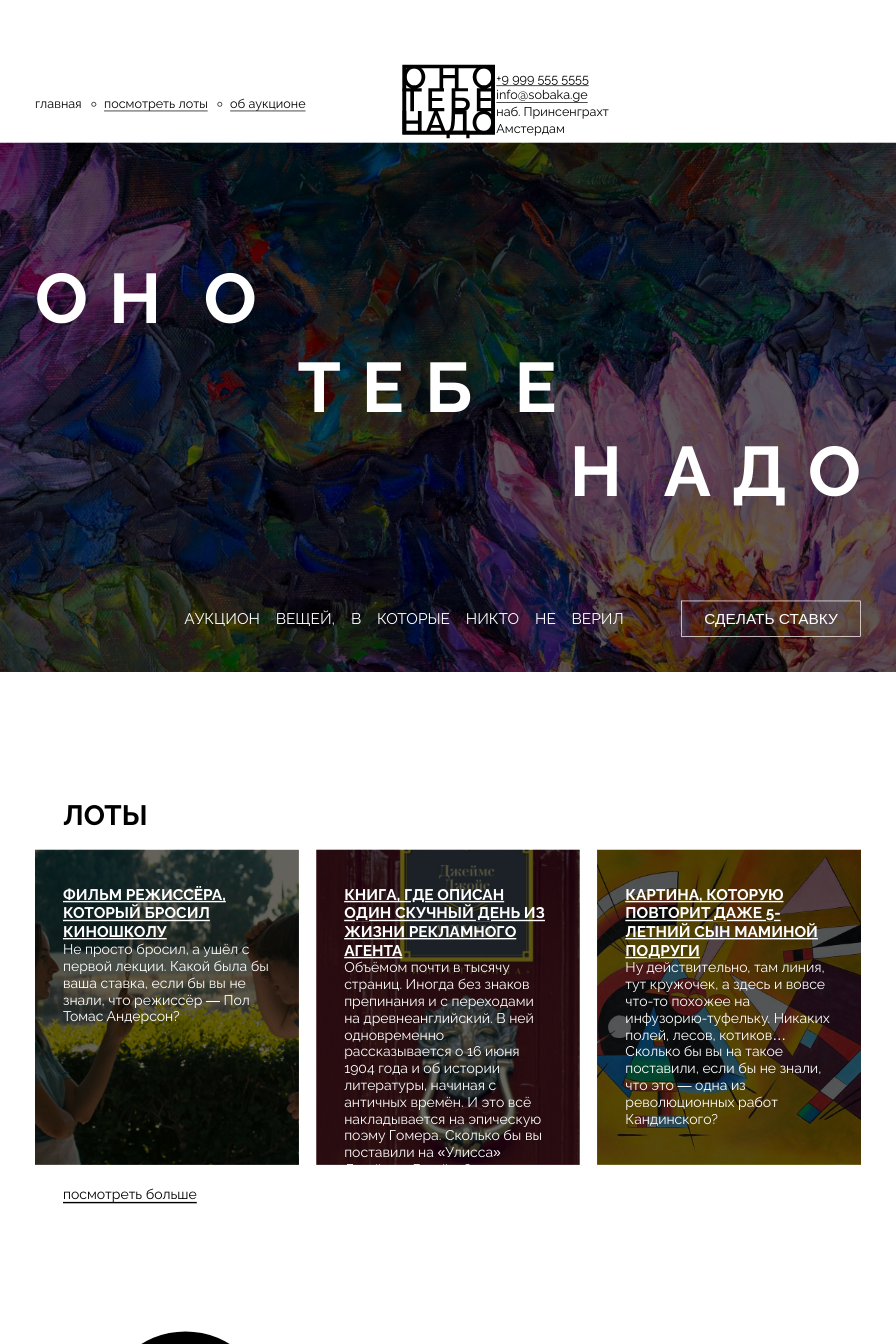
Repository: Hadoooouken/ono-tebe-nado
Page: index.html
The author's editor kept a copy of each file at every save. The page is drawn from the files as they stood at one save, then again after a run of saves.
The browser window is 1280 px wide. The pictures show the part of the page from y = 0 to 1920 px (the page is 2687 px tall before and 2695 px after), at 70% of full size.

Above is the page before, as saved 2023-11-28 22:43:00.

### index.html
<!DOCTYPE html>
<html lang="ru">
  <head>
    <meta charset="UTF-8" />
    <meta http-equiv="X-UA-Compatible" content="IE=edge" />
    <meta name="viewport" content="width=device-width, initial-scale=1.0" />
    <link rel="stylesheet" href="./fonts/fonts.css" />
    <link rel="stylesheet" href="./styles/global.css" />
    <link rel="stylesheet" href="./styles/style.css" />
    <title>Оно тебе надо — аукцион вещей, в которые никто не верил</title>
  </head>
  <body>
    <header class="header section">
      <nav class="header__menu">
        <ul>
          <li class="header__links-list-item_no-bullit">
            <a href="#">главная</a>
          </li>
          <li><a href="#">посмотреть лоты</a></li>
          <li><a href="#">об аукционе</a></li>
        </ul>
      </nav>

      <div class="header__logo">
        <a href="#"><img src="./images/logo-black.svg" alt="Логотип" /></a>
      </div>

      <div class="address">
        <div><a href="tel:+99995555555">+9 999 555 5555</a></div>
        <div><a href="mailto:info@sobaka.ge">info@sobaka.ge</a></div>
        <p>наб. Принсенграхт <br>Амстердам</p>
      </div>
    </header>

    <main>
      <section class="cover">
        <div class="overlay"></div>
        <h1 class="cover__title">
          <span class="align_left">он<span>о</span></span>
          <span class="align_center">теб<span>е</span></span>
          <span class="align_right"><span>н</span>адо</span>
        </h1>
        <div class="cover__description">
          <p class="divcover__description-text">
            Аукцион вещей, в которые никто не верил
          </p>
          <button type="button" class="bet-button">сделать ставку</button>
        </div>
      </section>

      <section class="lots section">
        <h2 class="lots__heading">лоты</h2>
        <ul class="lots__card-list">
          <li class="lots__card-list-item card_type_film">
            <div class="overlay"></div>
            <a class="card-link" href="#">
              <article class="card">
                <h3 class="card__title">
                  Фильм режиссёра, который бросил киношколу
                </h3>
                <p class="card__text">
                  Не просто бросил, а ушёл с первой лекции. Какой была бы ваша
                  ставка, если бы вы не знали, что режиссёр — Пол Томас
                  Андерсон?
                </p>
              </article>
            </a>
          </li>
          <li class="lots__card-list-item card_type_book">
            <div class="overlay"></div>
            <a class="card-link" href="#">
              <article class="card">
                <h3 class="card__title">
                  Книга, где описан один скучный день из жизни рекламного агента
                </h3>

                <p class="card__text">
                  Объёмом почти в тысячу страниц. Иногда без знаков препинания и
                  с переходами на древнеанглийский. В ней одновременно
                  рассказывается о 16 июня 1904 года и об истории литературы,
                  начиная с античных времён. И это всё накладывается на
                  эпическую поэму Гомера. Сколько бы вы поставили на «Улисса»
                  Джеймса Джойса?
                </p>
              </article>
            </a>
          </li>
          <li class="lots__card-list-item card_type_picture">
            <div class="overlay"></div>
            <a class="card-link" href="#">
              <article class="card">
                <h3 class="card__title">
                  Картина, которую повторит даже 5-летний сын маминой подруги
                </h3>

                <p class="card__text">
                  Ну действительно, там линия, тут кружочек, а здесь и вовсе
                  что-то похожее на инфузорию-туфельку. Никаких полей, лесов,
                  котиков… Сколько бы вы на такое поставили, если бы не знали,
                  что это — одна из революционных работ Кандинского?
                </p>
              </article>
            </a>
          </li>
        </ul>
        <a class="lots__look-more-link" href="#">посмотреть больше</a>
      </section>

      <section class="about section">
        <div class="about__left-column">
          <div class="about__logo">
            <img src="./images/logo-white.svg" alt="Логотип" />
          </div>
        </div>

        <div class="about__right-column">
          <h2 class="about__title">об аукционе</h2>
          <p class="about__text">
            Здесь вы не встретите очередное пафосное собрание невероятно
            дорогого антиквариата. Наши лоты вообще не должны были попасть ни на
            один аукцион. Потому что кому нужен дневник девочки-подростка или
            картина, которую может нарисовать даже ребёнок? Кому нужны все эти
            странные вещи, созданные любителями?
          </p>
          <p class="about__text">
            Слишком сложные или, наоборот, слишком простые. Опережающие своё
            время. В пух и прах растерзанные критиками. Непринятые и непонятые.
            Когда-то они казались просто неудачными. Но, несмотря на критику,
            кажущуюся простоту или сложность, сейчас без этих лотов невозможно
            представить современную культуру. Когда в эти вещи не верил никто,
            продолжали верить их создатели. И сейчас эти лоты стали культовыми.
          </p>
        </div>
      </section>
    </main>
    <footer class="footer section">
      <div class="address">
        <div><a href="tel:+99995555555">+9 999 555 5555</a></div>
        <div><a href="mailto:info@sobaka.ge">info@sobaka.ge</a></div>
        <p>наб. Принсенграхт 263-265, Амстердам</p>
      </div>

      <div class="footer__menu-list">
        <nav class="">
          <ul class="footer__menu-list-item">
            <li class="footer__menu-link_active">
              <a href="#">главная</a>
            </li>
            <li><a href="#">посмотреть лоты</a></li>
            <li><a href="#">об аукционе</a></li>
          </ul>
        </nav>
      </div>

      <div>
        <ul class="footer__social-list">
          <li class="footer__social-list-item">
            <a href="#"> <img src="./images/yt.svg" alt="ютуб" /></a>
          </li>
          <li class="footer__social-list-item">
            <a href="#"> <img src="./images/vk.svg" alt="вконтакте" /></a>
          </li>
          <li class="footer__social-list-item">
            <a href="#">
              <img src="./images/pinterest.svg" alt="пинтерест"
            /></a>
          </li>
        </ul>
      </div>
    </footer>
  </body>
</html>

### styles/global.css
*,
*::before,
*::after {
  box-sizing: border-box;
}

body {
  min-width: 1100px;
  margin: 0;
  font-family: Raleway, sans-serif;
  line-height: 24px;
}

h1,
h2,
h3,
h4,
h5,
h6,
p,
ul,
ol,
li,
blockquote {
  margin: 0;
  padding: 0;
}

a {
  color: inherit;
}

img {
  width: 100%;
}

### styles/style.css
.header {
 display: grid;
 grid-template-columns: 1fr min-content 1fr;
  padding-top: 92px;
  align-items: center;
  font-weight: 400;
  font-size: 18px;
  font-style: normal;
  text-underline-offset: 4px;
}

.header__menu,
.address {

}

.header__menu ul {
  display: flex;
  gap: 32px;
  list-style-type: circle;
}

.header__links-list-item_no-bullit a {
  text-decoration: none;
}

li.header__links-list-item_no-bullit {
  list-style-type: none;
}

.header__logo {
  width: 138px;
}

.header__address {
 /*

*/
}

.section {
  padding-left: 50px;
  padding-right: 50px;
}

.cover {
  background-image: url(../images/cover.jpg);
  background-repeat: no-repeat;
  background-size: cover;
  background-position: center;
  position: relative;
  z-index: 1;
}

.cover__title {
  display: flex;
  flex-direction: column;
  font-size: 100px;
  font-weight: 700;
  text-transform: uppercase;
  color: #fff;
  font-style: normal;
  position: relative;
  line-height: 115px;
  letter-spacing: 30px;
  z-index: 2;
  padding-top: 165px;
  padding-left: 50px;
  padding-right: 20px;
  gap: 20px;
}

.cover__title > span {
  display: block;
}

.overlay {
  top: 0;
  bottom: 0;
  right: 0;
  left: 0;
  background-color: rgba(0, 0, 0, 0.6);
  position: absolute;
  z-index: 0;
}

.align_left {
  text-align: left;
}

.align_center {
  text-align: center;
  line-height: 100px;
  padding-right: 60px;
}
.align_right {
  text-align: right;
  line-height: 100px;
}

.align_left span {
  margin-left: 31px;
}

.align_center span {
  margin-left: 31px;
}

.align_right span {
  margin-right: 30px;
}

.cover__description {
  display: flex;
  justify-content: end;
  flex-shrink: 0;
  padding: 134px 50px 50px;
  gap: 82px;
  align-items: center;
}

.divcover__description-text {
  color: #fff;
  font-size: 22px;
  font-style: normal;
  font-weight: 400;
  line-height: 28px;
  word-spacing: 17px;
  position: relative;
  text-transform: uppercase;
  z-index: 2;
}

.bet-button {
  background-color: transparent;
  border: 1px solid #fff;
  color: #fff;
  font-size: 22px;
  font-style: normal;
  font-weight: 400;
  line-height: normal;
  text-transform: uppercase;
  z-index: 2;
  width: 257px;
  height: 52px;
  padding: 10px 30px;
}

.lots {
  padding-top: 180px;
}

.lots__heading {
  padding-left: 40px;
  color: #000;
  font-size: 40px;
  font-style: normal;
  font-weight: 700;
  line-height: normal;
  text-transform: uppercase;
}

.lots__card-list {
  display: flex;
  padding-top: 27px;
  list-style-type: none;
  gap: 25px;
  margin-bottom: 30px;
}
.lots__card-list-item {
  display: flex;
  flex-grow: 1;
  flex-basis: 0;
  height: 450px;
  background-size: cover;
  padding: 50px 40px;
  position: relative;
}

.card_type_film {
  background-image: url(../images/card-lot-01.jpg);
}

.card_type_book {
  background-image: url(../images/card-lot-02.jpg);
}

.card_type_picture {
  background-image: url(../images/card-lot-03.jpg);
}

.card__title {
  color: #fff;
  font-size: 22px;
  font-style: normal;
  font-weight: 700;
  line-height: 120%;
  text-transform: uppercase;
  text-decoration: underline;
}

.card-link {
  display: flex;
  justify-content: space-between;
  flex-direction: column;
  text-decoration: none;
  position: relative;
  z-index: 1;
}

.card__text {
  color: #fff;
  font-size: 20px;
  font-style: normal;
  font-weight: 400;
  line-height: 120%;
}

.lots__look-more-link {
  color: #000;
  font-size: 20px;
  font-weight: 400;
  padding-left: 40px;
  text-underline-offset: 4px;
}

.about {
  display: flex;
  padding-top: 182px;
  border-radius: 10px;
}

.about__logo {
  background-color: #000;
  border-radius: 50%;
  width: 240px;
  height: 240px;
  padding: 63px 46px;
}

.about__title {
  color: #000;
  font-size: 40px;
  font-weight: 700;
  line-height: normal;
  text-transform: uppercase;
  margin-bottom: 100px;
}

.about__text {
  color: #000;
  font-size: 20px;
  font-weight: 400;
  line-height: normal;
  margin-bottom: 22px;
}

.about__left-column {
  padding-left: 95px;
  padding-right: 95px;
}

.about__right-column {
  padding-top: 98px;
  padding-left: 25px;
}

.footer {
  padding-top: 160px;
  display: flex;
  justify-content: space-between;
}

.footer__address {
  color: #000;
  font-size: 18px;
  font-style: normal;
  font-weight: 400;
  line-height: 24.3px;
  text-underline-offset: 4px;
  width: 250px;
}

.footer__menu-list {
  color: #000;
  font-size: 18px;
  font-style: normal;
  font-weight: 400;
  line-height: normal;
  text-align: center;
  text-underline-offset: 4px;
}
.footer__menu-list-item {
  list-style-type: none;
}

.footer__menu-link_active a {
  text-decoration: none;
}

.footer__social-list {
  display: flex;
  flex-direction: row;
  gap: 50px;
}

.footer__social-list-item {
  list-style-type: none;
  width: 48px;
  height: 48px;
}

Loaded but not shown: fonts/fonts.css (common file)

After the next 3 saves:
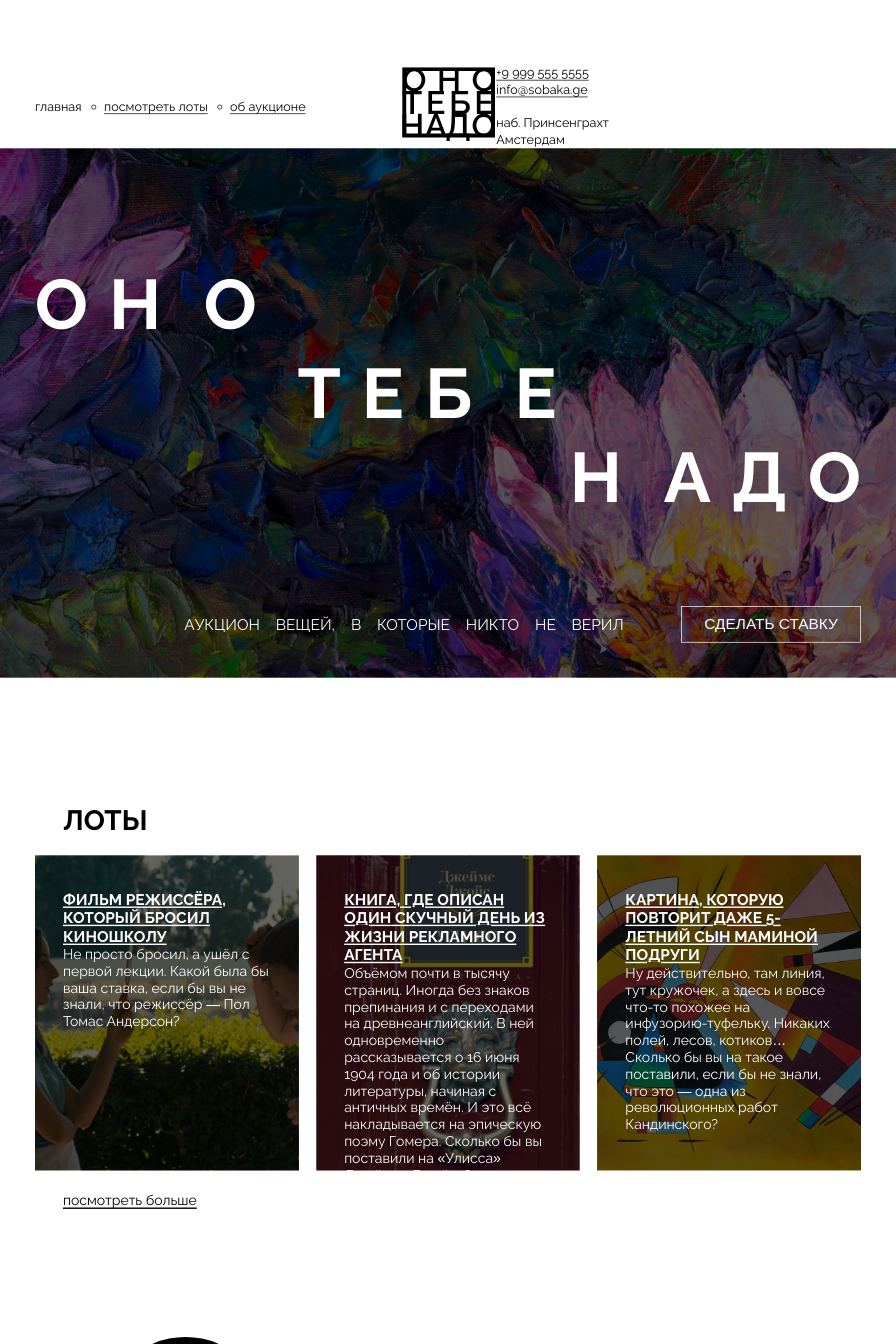
The 3 saves are shown as one change because they came seconds apart.
The last was saved 11 s later.
--- a/index.html
+++ b/index.html
@@ -28,7 +28,7 @@
       <div class="address">
         <div><a href="tel:+99995555555">+9 999 555 5555</a></div>
         <div><a href="mailto:info@sobaka.ge">info@sobaka.ge</a></div>
-        <p>наб. Принсенграхт <br>Амстердам</p>
+        <br>наб. Принсенграхт <br>Амстердам</br></p>
       </div>
     </header>
 

After the save that followed:
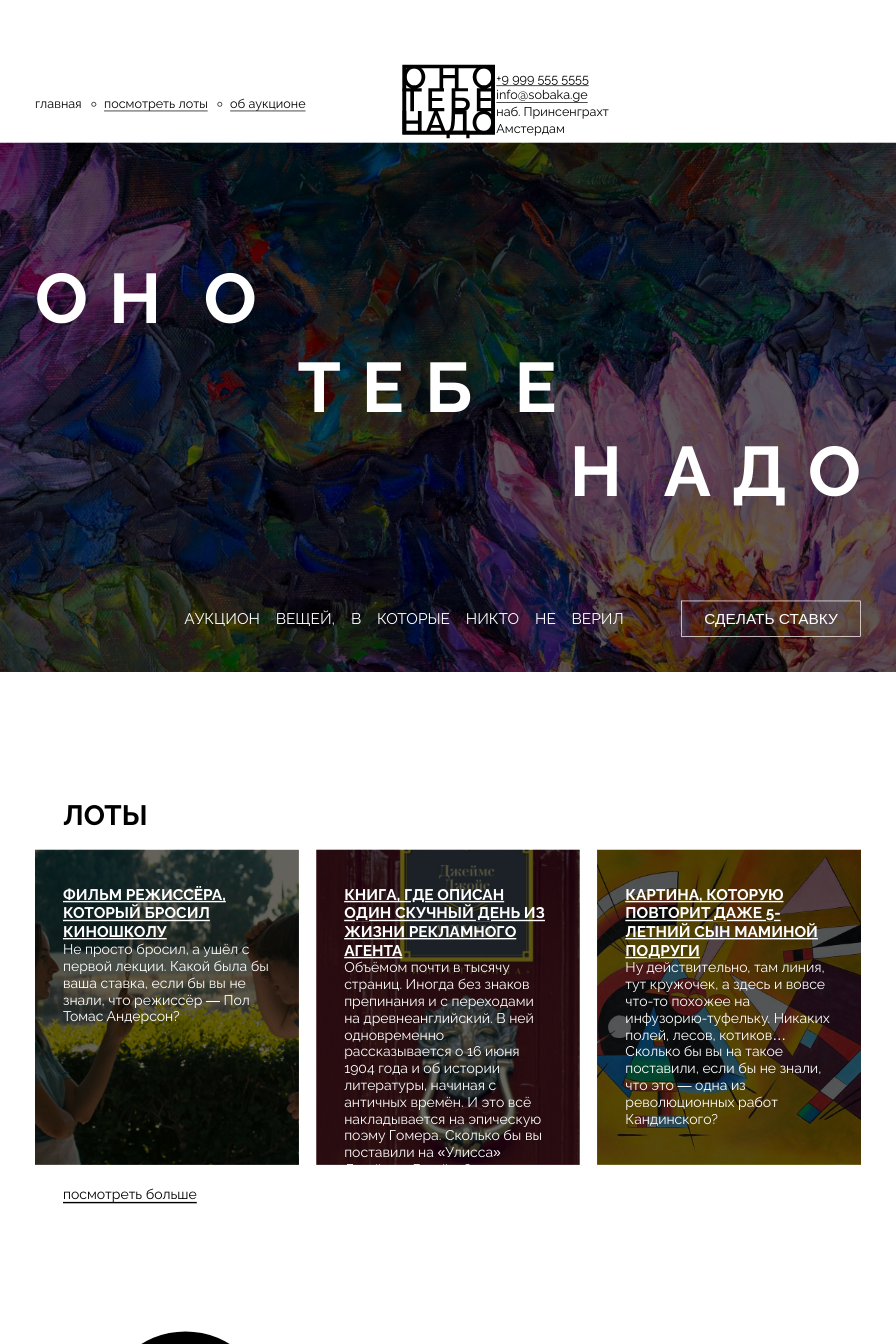
Saved 10 s later.
--- a/index.html
+++ b/index.html
@@ -28,7 +28,7 @@
       <div class="address">
         <div><a href="tel:+99995555555">+9 999 555 5555</a></div>
         <div><a href="mailto:info@sobaka.ge">info@sobaka.ge</a></div>
-        <br>наб. Принсенграхт <br>Амстердам</br></p>
+        <p>наб. Принсенграхт <br>Амстердам</з></p>
       </div>
     </header>
 
